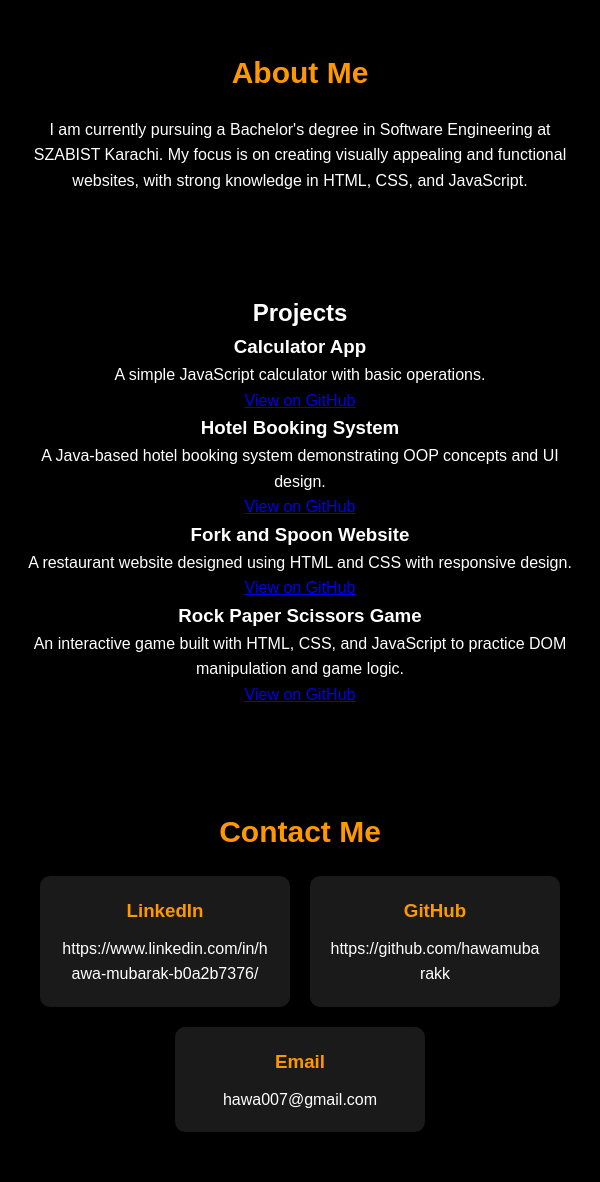
Repository: hawamubarakk/my-portfolio
Page: index.html
An editor plug-in stored every save of this project. The page is shown before and after the next save, followed by the edit.
The browser window is 600 px wide. The pictures show the part of the page from y = 860 to 2428 px (the page is 2042 px tall before and 2428 px after).

Above is the page before, as saved 2025-08-12 17:44:49.

### index.html
<!DOCTYPE html>
<html lang="en">
<head>
    <meta charset="UTF-8">
    <meta name="viewport" content="width=device-width, initial-scale=1.0">
    <title>Hawa Mubarak - Portfolio</title>
    <link rel="stylesheet" href="css/style.css">
</head>
<body>
    <!-- Navbar -->
    <header>
        <nav>
            <ul class="navbar">
                <li><a href="#home">Home</a></li>
                <li><a href="#about">About</a></li>
                <li><a href="#projects">Projects</a></li>
                <li><a href="#contact">Contact</a></li>
            </ul>
        </nav>
    </header>

    <!-- Hero Section -->
    <section id="home" class="hero">
        <div class="hero-content">
            <h1>Welcome to My Portfolio</h1>
            <p>Hi, I'm <span>Hawa Mubarak</span> — a Software Engineering Student passionate about Front-End Development and modern web design.</p>
        </div>
    </section>

    <!-- About Section -->
    <section id="about" class="section">
        <h2>About Me</h2>
        <p>I am currently pursuing a Bachelor's degree in Software Engineering at SZABIST Karachi. My focus is on creating visually appealing and functional websites, with strong knowledge in HTML, CSS, and JavaScript.</p>
    </section>

    <!-- Projects Section -->
    <section id="projects" class="section">
        <h1>Projects</h1>

        <div class="projects-grid">
          <div class="project">
            <h3>Calculator App</h3>
            <p>A simple JavaScript calculator with basic operations.</p>
            <a href="https://github.com/hawamubarakk/Calculator" target="_blank" rel="noopener">View on GitHub</a>
          </div>

          <div class="project">
            <h3>Hotel Booking System</h3>
            <p>A Java-based hotel booking system demonstrating OOP concepts and UI design.</p>
            <a href="https://github.com/hawamubarakk/HotelBooking-System" target="_blank" rel="noopener">View on GitHub</a>
          </div>

          <div class="project">
            <h3>Fork and Spoon Website</h3>
            <p>A restaurant website designed using HTML and CSS with responsive design.</p>
            <a href="https://github.com/hawamubarakk/fork-and-spoon" target="_blank" rel="noopener">View on GitHub</a>
          </div>

          <div class="project">
            <h3>Rock Paper Scissors Game</h3>
            <p>An interactive game built with HTML, CSS, and JavaScript to practice DOM manipulation and game logic.</p>
            <a href="https://github.com/hawamubarakk/rock-paper-scissors" target="_blank" rel="noopener">View on GitHub</a>
          </div>
        </div>
      </section>

    <!-- Contact Section -->
    <section id="contact" class="section contact-section">
        <h2>Contact Me</h2>
        <div class="contact-boxes">
            <div class="contact-box">
                <h3>LinkedIn</h3>
                <p><a href="#">https://www.linkedin.com/in/hawa-mubarak-b0a2b7376/</a></p>
            </div>
            <div class="contact-box">
                <h3>GitHub</h3>
                <p><a href="#">https://github.com/hawamubarakk</a></p>
            </div>
            <div class="contact-box">
                <h3>Email</h3>
                <p><a href="mailto:hawa007@gmail.com">hawa007@gmail.com</a></p>
            </div>
        </div>
    </section>

</body>
</html>

### css/style.css
/* General Reset */
* {
    margin: 0;
    padding: 0;
    box-sizing: border-box;
}

body {
    font-family: Arial, sans-serif;
    background-color: black;
    color: white;
    line-height: 1.6;
}

/* Navbar */
header {
    background: #222;
    padding: 15px 0;
}

.navbar {
    display: flex;
    justify-content: center;
    list-style: none;
}

.navbar li {
    margin: 0 20px;
}

.navbar a {
    text-decoration: none;
    color: white;
    font-size: 18px;
    transition: color 0.3s ease;
}

.navbar a:hover {
    color: #ff9800;
}

/* Hero Section */
.hero {
    height: 100vh;
    background: linear-gradient(rgba(0,0,0,0.7), rgba(0,0,0,0.7)), url('profile.jpg') center/cover no-repeat;
    display: flex;
    justify-content: center;
    align-items: center;
    text-align: center;
    padding: 20px;
}

.hero h1 {
    font-size: 50px;
    margin-bottom: 20px;
}

.hero p {
    font-size: 20px;
}

.hero span {
    color: #ff9800;
}

/* Section Styling */
.section {
    padding: 50px 20px;
    text-align: center;
}

.section h2 {
    font-size: 30px;
    margin-bottom: 20px;
    color: #ff9800;
}

/* Contact & Project Boxes */
.contact-boxes, .project-boxes {
    display: flex;
    justify-content: center;
    gap: 20px;
    flex-wrap: wrap;
    margin-top: 20px;
}

.contact-box, .project-box {
    background: #1a1a1a;
    padding: 20px;
    width: 250px;
    border-radius: 10px;
    transition: transform 0.3s ease, background 0.3s ease;
}



.contact-box h3, .project-box h3 {
    margin-bottom: 10px;
    color: #ff9800;
}
.contact-box a, .project-box a {
    color: white;
    text-decoration: none;
    display: block; /* full width link */
    word-wrap: break-word; /* break long links */
    overflow-wrap: break-word; /* better support */
}

.contact-box a:hover, .project-box a:hover {
    color: #ff9800;
}

.contact-box a:hover, .project-box a:hover {
    color: #ff9800;
}

After the next save:
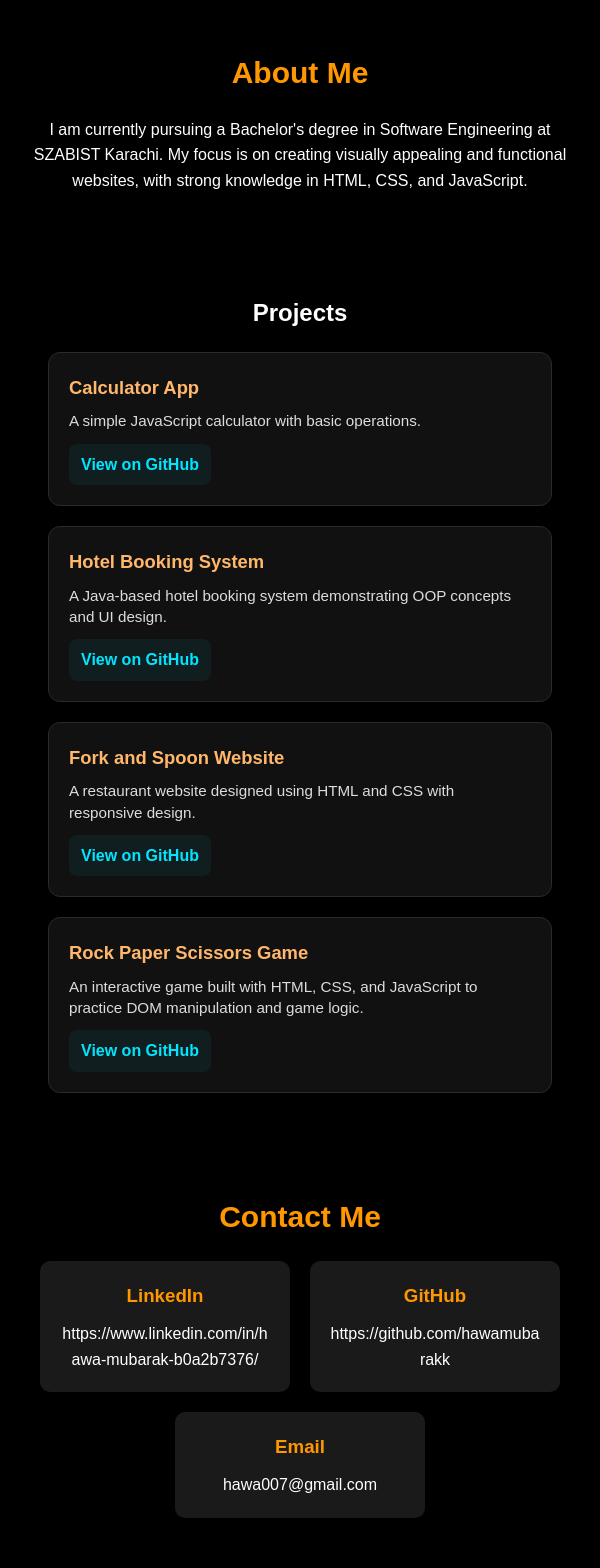
Saved 43 s later.
--- a/css/style.css
+++ b/css/style.css
@@ -113,3 +113,71 @@ header {
 .contact-box a:hover, .project-box a:hover {
     color: #ff9800;
 }
+
+
+.projects-grid {
+    display: flex;
+    flex-wrap: wrap;
+    gap: 20px;
+    justify-content: center; /* center the row of cards */
+    margin-top: 20px;
+  }
+
+  /* each project card */
+  .project {
+    background: #111;           /* dark card */
+    border: 1px solid #2a2a2a;  /* subtle border */
+    width: 320px;               /* fixed card width */
+    padding: 20px;
+    border-radius: 12px;
+    box-shadow: 0 6px 18px rgba(0,0,0,0.6);
+    transition: transform 0.25s ease, box-shadow 0.25s ease, background 0.25s ease;
+    text-align: left;
+  }
+
+  /* card hover */
+  .project:hover {
+    transform: translateY(-8px);
+    box-shadow: 0 18px 40px rgba(0,0,0,0.7);
+    background: linear-gradient(180deg, #111, #222);
+  }
+
+  /* headings and description inside card */
+  .project h3 {
+    margin: 0 0 8px 0;
+    color: #ffb86b; /* warm accent */
+    font-size: 1.15rem;
+  }
+
+  .project p {
+    margin: 0 0 12px 0;
+    color: #ddd;
+    font-size: 0.95rem;
+    line-height: 1.4;
+  }
+
+  /* link styling — make it stay inside card and wrap correctly */
+  .project a {
+    display: inline-block;           /* block-like but keeps flow */
+    color: #00e6ff;
+    text-decoration: none;
+    font-weight: 600;
+    word-break: break-word;          /* prevents overflow for long URLs */
+    overflow-wrap: anywhere;
+    padding: 8px 12px;
+    border-radius: 8px;
+    background: rgba(0,230,255,0.06);
+    transition: background 0.18s ease, color 0.18s ease;
+  }
+
+  .project a:hover {
+    background: #00e6ff;
+    color: #000;
+  }
+
+  /* responsive tweak: smaller screens use full width cards */
+  @media (max-width: 720px) {
+    .project {
+      width: 90%;
+    }
+  }
